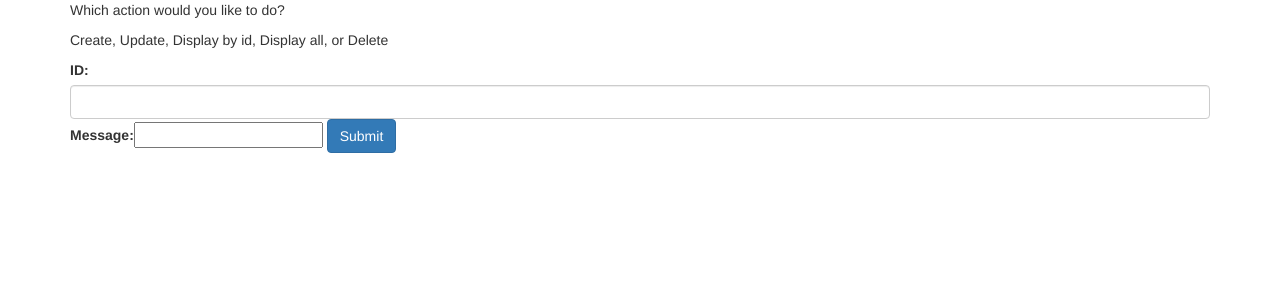
Repository: kddean/Lab3
Page: ToDoSystem-SinglePage/WebContent/ToDo.html
An editor plug-in stored every save of this project. The page is shown before and after the next save, followed by the edit.
The browser window is 1280 px wide. The pictures show the whole page.

Above is the page before, as saved 2016-03-25 19:37:14.
Console error: SyntaxError: Unexpected token 'var'

### ToDoSystem-SinglePage/WebContent/ToDo.html
<!DOCTYPE html>
<html>
<head>
<!-- <meta charset="ISO-8859-1"> -->
<meta charset="utf-8">
<meta name="viewport" content="width=device-width, initial-scale=1">
<link rel="stylesheet" href="http://maxcdn.bootstrapcdn.com/bootstrap/3.3.6/css/bootstrap.min.css">
<script src="https://ajax.googleapis.com/ajax/libs/jquery/1.12.0/jquery.min.js"></script>
<script src="http://maxcdn.bootstrapcdn.com/bootstrap/3.3.6/js/bootstrap.min.js"></script>
<title>ToDoSystem</title>
</head>
<body>
<div class="container">
<form name = "ToDoForm" method ="post" action ="ToDoServlet">
	<div class="form-group">
	<p>Which action would you like to do?</p>
	<p>Create, Update, Display by id, Display all, or Delete</p>
	<label>ID:</label><input type="text" class="form-control" name="id">
	<label>Message:</label><input type="text" class="form-contorl" name="message">
	<button type="submit" onclick="loadDoc()" class="btn btn-primary">Submit</button>
	</div>
</form>
</div>

<script type="text/javascript">
function loadDoc()
	var xhttp = new XMLHttpRequest();
	xhttp.onreadystatechange = function(){
		if (xhttp.readyState == 4 && xhttp.status == 200) {
		      document.getElementById("demo").innerHTML = xhttp.responseText;
		    }
	};
	  xhttp.open("POST", "ToDo.html", true);
	  xhttp.setRequestHeader("Content-type", "application/x-www-form-urlencoded");
	  xhttp.send();
</script>
</body>
</html>

After the next save:
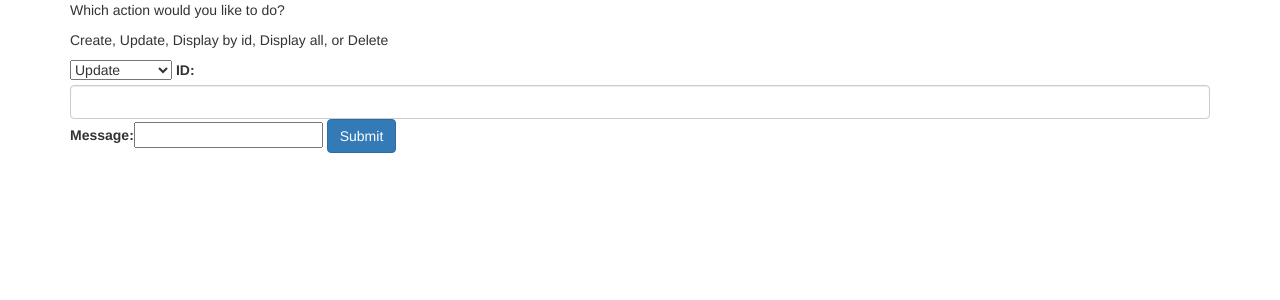
Saved 13 min 2 s later.
--- a/ToDoSystem-SinglePage/WebContent/ToDo.html
+++ b/ToDoSystem-SinglePage/WebContent/ToDo.html
@@ -15,6 +15,13 @@
 	<div class="form-group">
 	<p>Which action would you like to do?</p>
 	<p>Create, Update, Display by id, Display all, or Delete</p>
+	<select name="actions">
+  		<option value="update">Update</option>
+  		<option value="displayid">Display by id</option>
+  		<option value="displayall">Display all</option>
+ 		 <option value="delete">Delete</option>
+	</select>
+
 	<label>ID:</label><input type="text" class="form-control" name="id">
 	<label>Message:</label><input type="text" class="form-contorl" name="message">
 	<button type="submit" onclick="loadDoc()" class="btn btn-primary">Submit</button>
